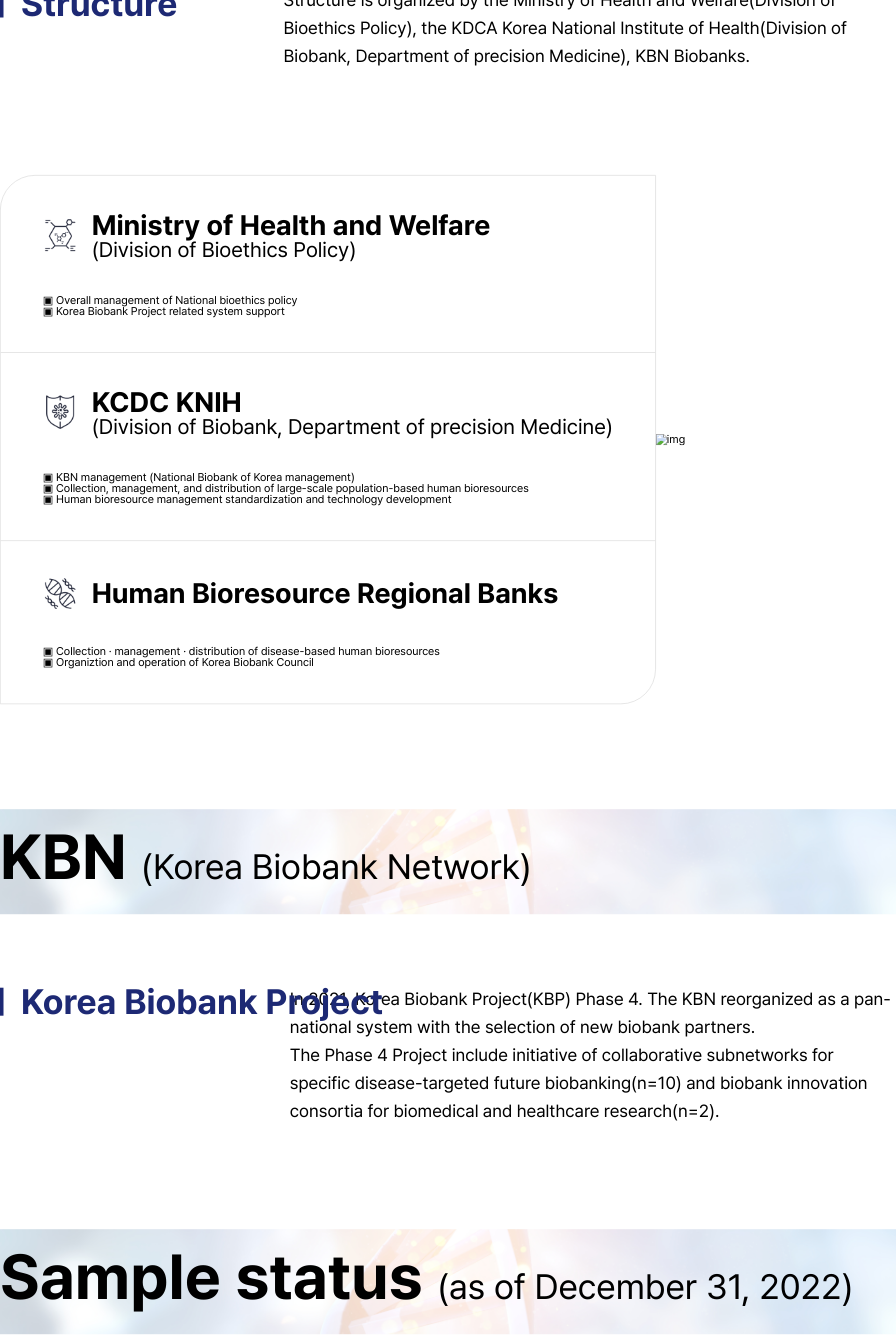
Repository: dlgywls1130/kbn_makedit
Page: index.html
The author's editor kept a copy of each file at every save. The page is drawn from the files as they stood at one save, then again after the next save.
The browser window is 1280 px wide. The pictures show the part of the page from y = 1730 to 3650 px (the page is 5323 px tall before and 5531 px after), at 70% of full size.
Some web libraries are served in a nearby version.

Above is the page before, as saved 2023-10-15 16:22:36.

### index.html
<!DOCTYPE html>
<html lang="en">
<head>
    <meta charset="UTF-8">
    <meta name="viewport" content="width=device-width, initial-scale=1.0">
    <title>KBN</title>

    <link rel="stylesheet" href="./css/reset.css">
    <link rel="stylesheet" href="./css/style.css">

    <!-- slick css -->
    <link rel="stylesheet"  type="text/css" href="./css/slick.css">

</head>
<body>

    <!-- header -->
    <header>
        <div class="header_wrapper">
            <div class="header_logo">
                <img src="./image/logo.png" alt="logo">
            </div>
            <ul class="nav_list">
                <li><a href="#about"> About us</a></li>
                <li><a href="#kbn">KBN</a></li>
                <li><a href="#sample">Sample status</a></li>
                <li><a href="#distribution">Distribution procedure</a></li>
                <li><a href="#biobanks">KBN Biobanks</a></li>
            </ul>
            <div class="header_en">
                <div class="en_icon">
                    <img src="./image/language.png" alt="icon">
                </div>
                <p>EN</p>
            </div>
        </div>

    </header>


    <!-- main banner -->
    <section>
        <div class="main_banner">
            <div class="slide_wrap">
                <div class="slide_list first-slide">
                    <div class="slide_content">
                        <h2 class="slide_title">
                            The Biggest Disease-based
                            <Br>Human Biobank Network of Korea
                        </h2>
                        <p class="slide_sub">
                            KBN, the largest biobank network in korea, collects, manages, and holds disease-based
                            <Br>human bioresources, i.e. various samples of more than 600,000 individuals.
                        </p>
                    </div>
                </div>
                <div class="slide_list second-slide">
                    <div class="slide_content">
                        <h2 class="slide_title">
                            KBN Distribution Support Center
                        </h2>
                        <p class="slide_sub">
                            The Center provides human bioresources, and clinical and epidemiological information
                            <Br> held by KBN biobanks nationwide and actively supports the distribution.

                        </p>
                    </div>
                </div>
                <div class="slide_list three-slide">

                    <div class="slide_content">
                        <h2 class="slide_title">
                            KBN Provides On-line Searching Database
                            <Br>and Operates Distribution Support Center
                        </h2>
                        <p class="slide_sub">
                            Researchers conduct KBN human bioresource search, while the distribution support
                            <Br>center provides services customized to individual users.
                        </p>
                    </div>
                </div>
            </div>
        </div>
    </section>

    <!-- about us -->
    <section id="about">
        <div class="about_wrap">
            <div class="content_width">
                <h2 class="section_title">About us</h2>
            </div>

            <div class="about-us">
                <div class="about_content">
                    <div class="content_list mb-100">
                        <div class="list_main">
                            KBN Portal
                        </div>
                        <div class="list_descript">
                            <p class="mb-50">The Korea Biobank Network’s Human Bioresource Sharing and Access Platform, established in 2019, aims
                            to expand the accessibility of the disease-based bioresources collected through KBN and develop a
                            system to collect high-quality standard clinical information, thereby establishing a distribution support
                            system tailored to researchers.</p>

                            <p>The KBN portal is the largest shared open platform for disease-based resource owned by KBN biobanks
                            involved in KDCA(Korea Disease Control and Prevention Agency) KBP(Korea Biobank Project).
                            It discloses and shares related information including disease-based resource status, systematic search,
                            efficient distribution, and utilization outcomes to researchers in order to improve the efficient utilization of
                            national disease-based resources.</p>
                        </div>
                    </div>
                    <div class="content_list">
                        <div class="list_main">
                            Structure
                        </div>
                        <div class="list_descript">
                            <p>Structure is organized by the Ministry of Health and Welfare(Division of Bioethics Policy), the KDCA Korea
                                National Institute of Health(Division of Biobank, Department of precision Medicine), KBN Biobanks.</p>
                        </div>
                    </div>
                </div>
                <div class="about_acodian">
                    <div class="acodian_list">
                        <div class="accordion-item">
                            <h3 class="title">
                                <div class="acodian_icon">
                                    <img src="./image/about_ico1.png" alt="icon">
                                </div>
                                <p>Ministry of Health and Welfare
                                    <span>(Division of Bioethics Policy)</span>
                                </p>

                            </h3>
                            <div class="paragraph">
                                <p>▣ Overall management of National bioethics policy</p>
                                <p>▣ Korea Biobank Project related system support</p>
                            </div>
                        </div>
                        <div class="accordion-item">
                            <h3 class="title">
                                <div class="acodian_icon">
                                    <img src="/image/about_ico2.png" alt="icon">
                                </div>
                                <p>KCDC KNIH
                                    <span>(Division of Biobank, Department of precision Medicine)</span>
                                </p>

                            </h3>
                            <div class="paragraph">
                                <p>▣ KBN management (National Biobank of Korea management)</p>
                                <p>▣ Collection, management, and distribution of large-scale population-based human bioresources </p>
                                <p>▣ Human bioresource management standardization and technology development</p>
                            </div>
                        </div>
                        <div class="accordion-item">
                            <h3 class="title">
                                <div class="acodian_icon">
                                    <img src="/image/about_ico3.png" alt="icon">
                                </div>
                                <p>Human Bioresource Regional Banks</p>

                            </h3>
                            <div class="paragraph">
                                <p>▣ Collection · management · distribution of disease-based human bioresources</p>
                                <p>▣ Organiztion and operation of Korea Biobank Council</p>
                            </div>
                        </div>
                    </div>
                    <div class="acodian_circle">
                        <img src="" alt="img">
                    </div>
                </div>
            </div>
        </div>

    </section>

    <!-- kbn -->

    <section id="kbn">
        <div class="kbn_wrap">
            <div class="content_width">
                <h2 class="section_title">KBN <span>(Korea Biobank Network)</span></h2>
            </div>
            <div class="kbn_content">
                <div class="content_list">
                    <div class="list_main">
                        Korea Biobank Project
                    </div>
                    <div class="list_descript">
                        <p>In 2021, Korea Biobank Project(KBP) Phase 4. The KBN reorganized as a pan-national system with the
                            selection of new biobank partners.
                            </p>

                        <p>The Phase 4 Project include initiative of collaborative subnetworks for specific disease-targeted future
                            biobanking(n=10) and biobank innovation consortia for biomedical and healthcare research(n=2).
                            </p>
                    </div>
                </div>
                <div class="kbn_guidance_wrap">

                </div>
            </div>
        </div>

    </section>

    <!-- sample -->

    <section id="sample">
        <div class="sample_wrap">
            <div class="content_width">
                <h2 class="section_title">Sample status <span>(as of December 31, 2022)</span></h2>
            </div>
            <div class="sample_content">
                <div class="sample_list">
                    <div class="sample_list_left">
                        <div class="sample_list_icon">
                            <img src="" alt="img">
                        </div>
                        <div class="sample_list_title">
                            Current Situation
                        </div>
                    </div>
                    <div class="sample_list_right">
                        <div class="right_span">
                            <span>participants</span>
                            <p>663,254</p>
                        </div>
                        <div class="right_span">
                            <span>vials</span>
                            <p>9,062,621</p>
                        </div>
                    </div>
                </div>
                <div class="sample_list">
                    <div class="sample_list_left">
                        <div class="sample_list_icon">
                            <img src="" alt="img">
                        </div>
                        <div class="sample_list_title">
                            Distribution
                        </div>
                    </div>
                    <div class="sample_list_right">
                        <div class="right_span">
                            <span>studies</span>
                            <p>3215</p>
                        </div>
                    </div>
                </div>
                <div class="sample_list">
                    <div class="sample_list_left">
                        <div class="sample_list_icon">
                            <img src="" alt="img">
                        </div>
                        <div class="sample_list_title">
                            Utilization
                        </div>
                    </div>
                    <div class="sample_list_right">
                        <div class="right_span">
                            <span>papers</span>
                            <p>948</p>
                        </div>
                        <div class="right_span">
                            <span>patents</span>
                            <p>116</p>
                        </div>
                    </div>
                </div>
            </div>
        </div>

    </section>

    <!-- Distribution  -->
    <section id="distribution">
        <div class="distribution_wrap">
            <div class="content_width">
                <h2 class="section_title white">Distribution procedure</h2>
            </div>
            <div class="distribution_about">
                <div class="content_list">
                    <div class="list_main">
                        Procedure
                    </div>
                    <div class="list_descript">
                        <p>KBN Human bioresources application procedure for distribution.</p>

                        <p>KBN distributes the collected human bioresources to researchers for domestic healthcare R&D.
                            For access to, researcher(s) residing in Korea and carrying out a research project that has obtained IRB
                            approval(or exemption) can apply for access to human bioresource distribution, and if approved by the
                            Access and Sharing Committee, the bioresources are released.
                        </p>
                    </div>
                </div>
                <div class="text_slide">

                </div>
            </div>
        </div>
    </section>

    <!-- Biobanks  -->
    <section id="biobanks">
        <div class="biobank_wrap">
            <div class="content_width">
                <h2 class="section_title">KBN Biobanks <span>- targeted diseases</span></h2>
            </div>
            <div class="biobank_content">
                <div class="biobank_tab">

                </div>

            </div>
        </div>

    </section>

    <!-- logo slide -->
    <section>
        <div class="logo_loop">

        </div>
    </section>

    <!-- footer -->
    <footer>
        <div class="footer_wrap">
            <div class="footer_left">
                <h3 class="footer_title">
                    CONTACT US
                </h3>

                <div class="footer_contain">
                    <ul>
                        <li class="footer_text">kbnysvc@gmail.com</li>
                        <li class="footer_phone">+82 -31-546-2715</li>
                        <li class="footer_text">Monday-Friday 8:30am ~ 5:30pm</li>
                        <li class="footer_text">(Saturday and Sunday, Holidays : ClOSED)</li>
                    </ul>
                    <ul>
                        <li><img src="" alt="icon"></li>
                        <li><img src="" alt="icon"></li>
                    </ul>
                </div>

                <p>Yongin Severance Hospital 363, Dongbaekjukjeon-daero, Giheung-gu, Yongin-si, Gyeonggi-do 16995, Republic of Korea</p>
            </div>

            <div class="footer_right">
                <div class="right_top">
                    <h3 class="footer_title">
                        SOCIAL LINKS
                    </h3>
                    <div class="footer_sns">
                        <a href="" class="link_sns">
                            <img src="" alt="sns">
                        </a>
                        <a href="" class="link_sns">
                            <img src="" alt="sns">
                        </a>
                        <a href="" class="link_sns">
                            <img src="" alt="sns">
                        </a>

                    </div>
                </div>
                <div class="right_bottom">
                    <h3 class="footer_title">
                        RELATED SITE
                    </h3>
                    <div class="link_site">
                        <a href="" class="site_link">
                            <img src="" alt="link">
                        </a>
                        <a href="" class="site_link">
                            <img src="" alt="link">
                        </a>

                    </div>
                </div>

            </div>
        </div>
        <div class="footer_copy">
            <p>YONSEI UNIVERSITY, YONGIN SEVERANCE HOSPITAL. ALL RIGHTS RESERVED </p>
            <div class="copy_right">
                <p>Personal information processing policy</p>
                <p>Terms and Conditions</p>
            </div>
        </div>
    </footer>


    <script type="text/javascript" src="//code.jquery.com/jquery-1.11.0.min.js"></script>
    <script src="./js/slick.min.js"></script>
    <script src="./js/main.js"></script>
</body>
</html>

### css/style.css
:root{
    --main-text:#1D2974;
    --black-text:#000;
}


/* common */

body{
    font-family: 'pretendard',sans-serif ;
}

/* font */
@font-face {
    font-family: pretendard;
    src: url('/font/Pretendard-Regular.woff2') format('woff2'),
    url('/font/Pretendard-Regular.woff') format('woff'),
    url('/font/Pretendard-Regular.ttf') format('ttf'),
    url('/font/Pretendard-Regular.otf') format('otf');
    font-weight: 400;
}

@font-face {
    font-family: pretendard;
    src: url('/font/Pretendard-Medium.woff2') format('woff2'),
    url('/font/Pretendard-Medium.woff') format('woff'),
    url('/font/Pretendard-Medium.ttf') format('ttf'),
    url('/font/Pretendard-Medium.otf') format('otf');
    font-weight: 500;
}

@font-face {
    font-family: pretendard;
    src: url('/font/Pretendard-Bold.woff2') format('woff2'),
    url('/font/Pretendard-Bold.woff') format('woff'),
    url('/font/Pretendard-Bold.ttf') format('ttf'),
    url('/font/Pretendard-Bold.otf') format('otf');
    font-weight: 700;
}


section{margin-bottom:150px;}

.section_title{
    font-size: 90px;
    font-weight: 700;
    line-height:40px;
    max-width: 1680px;
    width: 100%;
    margin: 0 auto;
}

.section_title span{
    font-weight: 300;
    font-size: 50px;
}

.content_width{
    width: 100%;
    height: 150px;
    background:url('/image/title_back.jpg');
    background-repeat: no-repeat;
    background-size:cover;
    margin-bottom: 100px;
    display: flex;
    align-items: center;
}

.content_list {
    display: flex;
    align-items: flex-start;
    justify-content: space-between;
}

.content_list .list_main{
    position: relative;
    width: 30%;
    font-size: 50px;
    font-weight: 700;
    color: var(--main-text);
    white-space: nowrap;
    padding-left: 30px;
}

.content_list .list_main::before{
    position: absolute;
    content: '';
    left: 0;
    top: 50%;
    transform: translate(0,-50%);
    height: 40px;
    width: 5px;
    background: var(--main-text);
}

.content_list .list_descript{
    width: 70%;
}

.content_list .list_descript p{
    font-size: 25px;
    font-weight: 300;
    line-height: 40px;
}


/* common margin */

.mb-50{margin-bottom: 50px;}
.mb-100{margin-bottom: 100px;}


/* header */

header{
    position: fixed;
    top: 0;
    left: 0;
    background: #fff;
    width: 100%;
    height: 138px;
    padding: 28px 0;
    box-sizing: border-box;
    z-index: 9;
}

.header_wrapper{
    max-width: 1680px;
    width: 100%;
    margin: 0 auto;
    display: flex;
    align-items: center;
    justify-content: space-between;
}

.header_logo{
    width: 250px;
    height: 80px;
}

.header_logo img{
    width: 100%;
    height: 100%;
    object-fit: contain;
}

.header_wrapper .nav_list{
    display: flex;
}

.header_wrapper .nav_list li{
    padding: 0 50px;
}

.header_wrapper .nav_list li a{
    font-size: 25px;
    font-weight: 500;
    line-height: 0.03em;
    text-decoration: none;
    color:var(--black-text);
}

.header_en{display: flex; align-items: center;}

.header_en .en_icon{
    width: 24px;
    height: 24px;
}

.header_en .en_icon img{
    width: 100%;
    height: 100%;
    object-fit: contain;
}

.header_en p{
    margin-left: 8px;
    font-size: 20px;
    font-weight: 700;
}

/* main_banner */

.slide_wrap .slide_list{
    width: 100%;
    height: 100vh;
    position: relative;
}

.slide_wrap .slide_list.first-slide{
    background: url('/image/main_slide1.jpg');
    background-repeat: no-repeat;
    background-position: right center;
    background-size: cover;
}

.slide_wrap .slide_list.second-slide{
    background: url('/image/main_slide2.jpg');
    background-repeat: no-repeat;
    background-position: center center;
    background-size: cover;
}

.slide_wrap .slide_list.three-slide{
    background: url('/image/main_slide3.jpg');
    background-repeat: no-repeat;
    background-position: left center;
    background-size: cover;
}

.slide_content{
width: 100%;
position: absolute;
right: 8%;
top: 40%;
transform: translate(0,-50%);
}

.slide_content .slide_title{
    font-size: 60px;
    font-weight: 700;
    color: #fff;
    letter-spacing: 0.07em;
    text-align: right;
}

.slide_content .slide_sub{
    font-size: 25px;
    font-weight: 400;
    color: #fff;
    letter-spacing: 0.04em;
    text-align: right;
    margin-top: 40px;
}

.slick-dots{
    display: flex!important;
    align-items: center;
    position: absolute;
    top: 65%;
    right: 8%;
    column-gap: 30px;
}

.slick-dots button {
    color: rgba(2255,255,255,0.45);
    background:none;
    border-bottom:5px solid rgba(255,255,255,0.45);
    font-size: 25px;
    font-weight: 700;
    padding-bottom: 15px;
    border-top: none;
    border-left: none;
    border-right: none;
    box-shadow: none;
    outline: none;
}

.slick-dots button:hover,
.slick-dots .slick-active button {
    border-bottom:5px solid rgba(255,255,255,1);
    color: rgba(255,255,255,1);
}

.slick-arrow{
position: absolute;
top: 55%;

}

.slick-next{
    right: 8%;
    transform: rotate(45deg);
}

.slick-prev{
    right: 10%;
    z-index: 1;
    transform: rotate(225deg);
}

.arrow{
    width: 30px; /* 사이즈 */
    height: 30px; /* 사이즈 */
    border-top: 8px solid #fff; /* 선 두께 */
    border-right: 8px solid #fff; /* 선 두께 */
}


/* about us */
.about-us{
    max-width: 1680px;
    margin: 0 auto;
}

.about_content{
    margin-bottom: 150px;
}

.about_acodian{
    display: flex;
    align-items: center;
}

.acodian_list{
    box-sizing: border-box;
    height: auto;
    border: 1px solid #DCDCDC;
    border-radius: 50px 0;
}

.accordion-item{
    padding: 50px 60px;
    border-bottom: 1px solid #DCDCDC;
}

.accordion-item:last-child{
    border-bottom: none;
}
.accordion-item .title{
 display: flex;
 align-items: center;
 padding-bottom: 50px;
}



.accordion-item .title p{
    font-size: 40px;
    font-weight: 700;
    color: #000;
    margin-left: 20px;
}

.accordion-item .title p span{
    font-size: 30px;
    font-weight: 300;
    display: block;
}

.accordion-item .acodian_icon{
    width: 50px;
    height: 50px;
}

.accordion-item .acodian_icon img{
    width: 100%;
    height: 100%;
}

### js/main.js
// main banner

$('.slide_wrap').slick({
    slidesToShow: 1,
    arrows: true,
    dots:true,
    autoplay: true,
  autoplaySpeed: 2000,
  infinite: true,
  prevArrow: '<div class="arrow slick-prev"></div>',
    nextArrow: '<div class="arrow slick-next"></div>',
  customPaging: function(slider, i) {
    var titles = ['Biobank', 'Support Center', 'On-line Searching'];
    return '<button>' + titles[i] + '</button>';
}
  });

Loaded but not shown: css/reset.css (common file); css/slick.css (common file); js/slick.min.js (library)

After the next save:
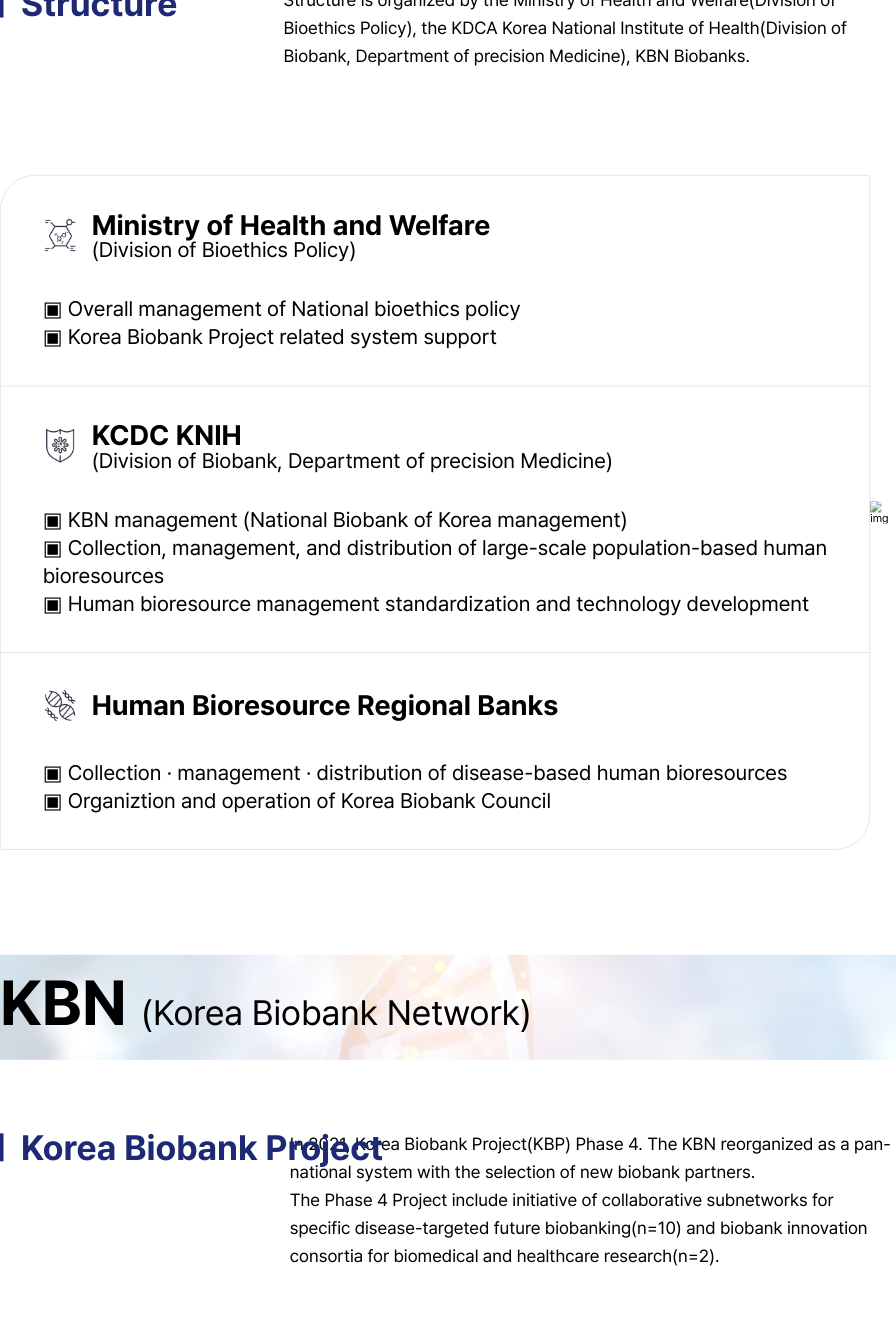
Saved 76 s later.
--- a/css/style.css
+++ b/css/style.css
@@ -347,3 +347,9 @@
     width: 100%;
     height: 100%;
 }
+
+.accordion-item .paragraph{
+    font-size: 30px;
+    font-weight: 300;
+    line-height: 40px;
+}
